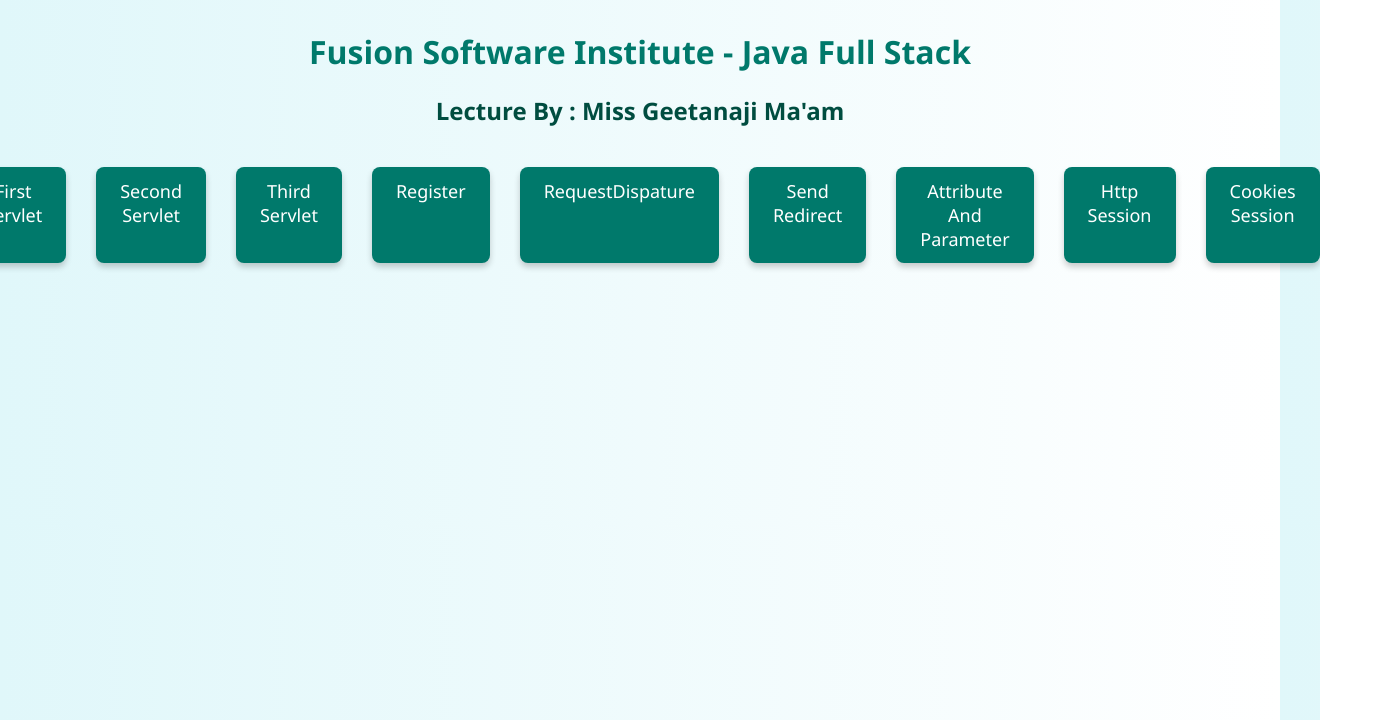
Repository: AkshayKPrajapati/CodingHub
Page: Servlet/WebContent/Index.html
The author's editor kept a copy of each file at every save. The page is drawn from the files as they stood at one save, then again after the next save.
The browser window is 1280 px wide. The page is 1320 px wide, then 1393 px, so the pictures cover 1393 px, including what lies to the right of the window. The pictures show the whole page.

Above is the page before, as saved 2025-10-15 18:12:46.

### Servlet/WebContent/Index.html
<!DOCTYPE html>
<html>
<head>
<meta charset="UTF-8">
<title>Fusion Software Institute - Java Full Stack</title>

<style>
    body {
        font-family: "Segoe UI", Tahoma, Geneva, Verdana, sans-serif;
        background: linear-gradient(to right, #e0f7fa, #fff);
        margin: 0;
        padding: 0;
        text-align: center;
    }

    h1 {
        color: #00796b;
        margin-top: 30px;
    }

    h2 {
        color: #004d40;
        margin-bottom: 40px;
    }

    .container {
        display: flex;
        justify-content: center;
        gap: 30px;
    }

    .container a {
        text-decoration: none;
        background-color: #00796b;
        color: white;
        padding: 12px 24px;
        border-radius: 8px;
        font-size: 18px;
        transition: all 0.3s ease;
        box-shadow: 0 4px 6px rgba(0, 0, 0, 0.2);
    }

    .container a:hover {
        background-color: #004d40;
        transform: scale(1.05);
    }
</style>
</head>

<body>
    <h1>Fusion Software Institute - Java Full Stack</h1>
    <h2>Lecture By : Miss Geetanaji Ma'am</h2>

    <div class="container">
        <a href="firstServlet">First Servlet</a>
        <a href="secondServlet">Second Servlet</a>
        <a href="ThirdServlet">Third Servlet</a>
       	<a href="register.html">Register</a>
       	<a href="requestDispature.html">RequestDispature</a>
       	<a href="sendRedirect.html">Send Redirect</a>
       	<a href="attributepara.html">Attribute And Parameter</a>
       	<a href="httpSession.html">Http Session </a>
       	<a href="cookies.html">Cookies Session </a>
    </div>
</body>
</html>

After the next save:
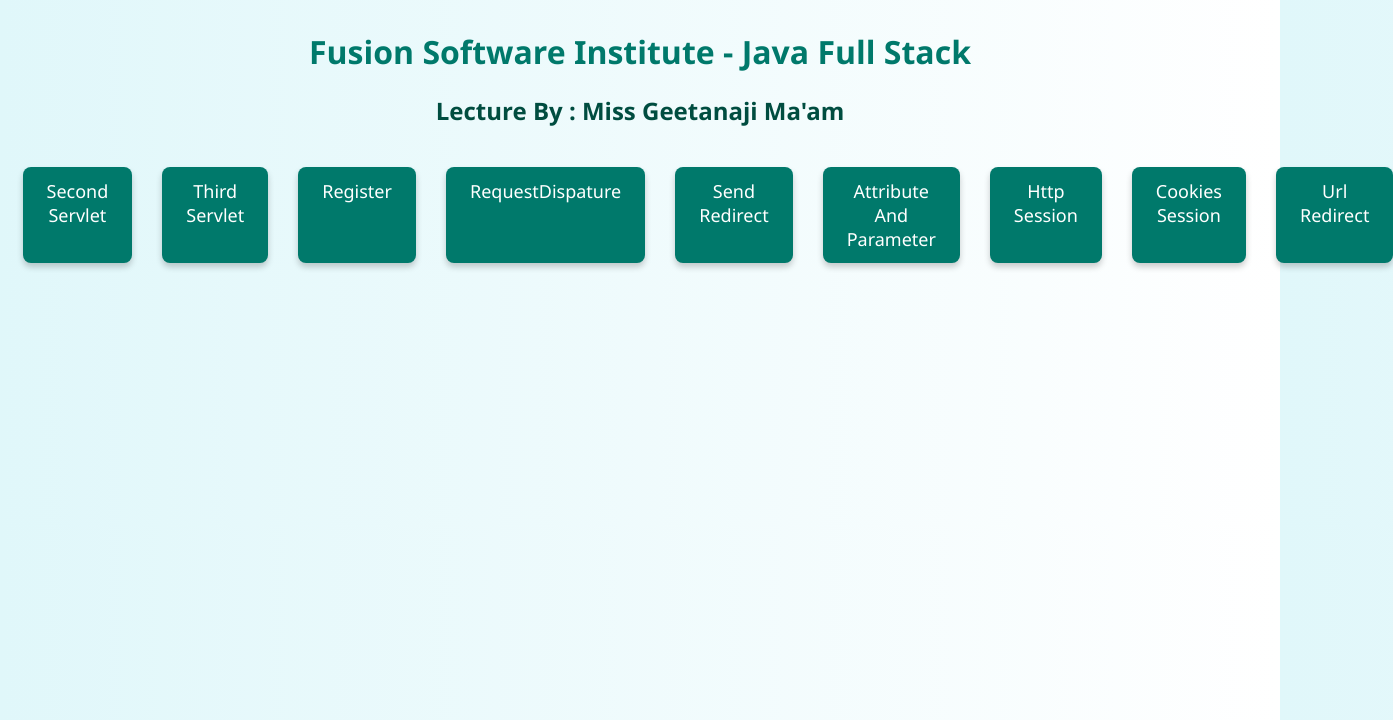
Saved 30 h 36 min later.
--- a/Servlet/WebContent/Index.html
+++ b/Servlet/WebContent/Index.html
@@ -61,6 +61,7 @@
        	<a href="attributepara.html">Attribute And Parameter</a>
        	<a href="httpSession.html">Http Session </a>
        	<a href="cookies.html">Cookies Session </a>
+       	<a href="urlRedirect.html">Url Redirect</a>
     </div>
 </body>
 </html>
